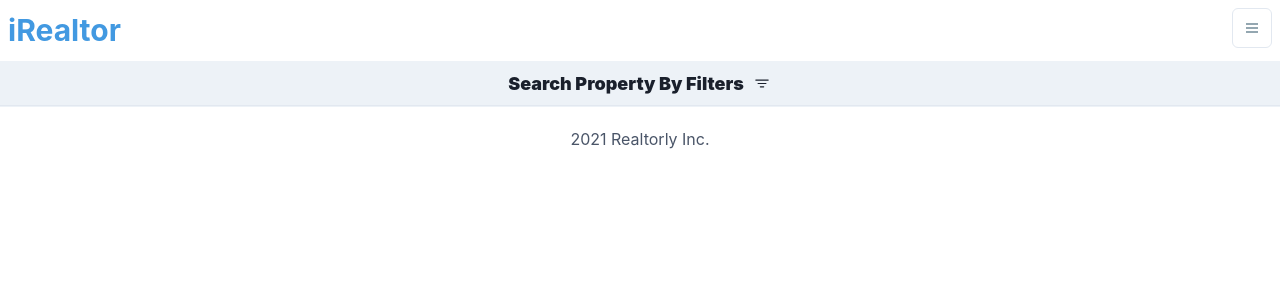
Repository: Morne-Dev/mj_realestate
Page: /search
An editor plug-in stored every save of this project. The page is shown before and after the next save, followed by the edit.
The browser window is 1280 px wide. The pictures show the whole page.
The project was rebuilt for these pictures with package versions that can differ from the ones it lists, and the page was loaded fresh each time. The framework's server and built-in components were replaced by stand-ins that run in the browser. Also part of the build but not shown: next.config.js, components/SearchFilters.jsx.

Above is the page before, as saved 2022-03-07 16:44:26.

### pages/_app.js
import Router from 'next/router';
import Head from 'next/head';
import NProgress from 'nprogress'
import { ChakraProvider } from '@chakra-ui/react';

import Layout from '../components/Layout'

function MyApp({ Component, pageProps }) {
  return(
    <>
      <Head>

      </Head>
      <ChakraProvider>
        <Layout>
          <Component {...pageProps} />
        </Layout>
      </ChakraProvider>
    </>
  )
}

export default MyApp

### pages/search.js
import { useState } from 'react';
import { useRouter } from 'next/router';
import Image from 'next/image'
import { Flex, Box, Text, Icon } from '@chakra-ui/react';
import { BsFilter } from 'react-icons/bs';

import SearchFilters from '../components/SearchFilters';

const Search = () => {
    const [searchFilters, setSearchFilters] = useState(false);
    const router = useRouter();

    return (
        <Box>
            <Flex
                cursor="pointer"
                bg="gray.100"
                borderBottom="1px"
                borderColor="gray.200"
                p="2"
                fontWeight="black"
                fontSize="lg"
                justifyContent="center"
                alignItems="center"
                onClick={() => setSearchFilters ((prevFilters) => !prevFilters)}
            >
                <Text>Search Property By Filters</Text>
                <Icon paddingLeft="2" w="7" as={BsFilter} />
            </Flex>
            {searchFilters && <SearchFilters />}
        </Box>
    )
}

export default Search;

### components/Layout.jsx
import Head from 'next/head';
import { Box } from '@chakra-ui/react'

import Navbar from './Navbar';
import Footer from './Footer';

const Layout = ({ children }) => (
    <>
        <Head>
            <title>Real Estate</title>
        </Head>
        <Box maxWidth="1280px" m="auto">
            <header>
                <Navbar />
            </header>
            <main>
                {children}
            </main>
            <footer>
                <Footer />
            </footer>
        </Box>
    </>
);

export default Layout;

### components/Navbar.jsx
import Link from 'next/link';
import { Menu, MenuButton, MenuList, MenuItem, IconButton, Flex, Box, Spacer } from '@chakra-ui/react';
import { FcMenu, FcHome, FcAbout } from 'react-icons/fc';
import { BsSearch } from 'react-icons/bs';
import { FiKey } from 'react-icons/fi';

const Navbar = () => (
  <Flex p='2' borderBottom='1px' borderColor='gray.100'>
    <Box fontSize='3xl' color='blue.400' fontWeight='bold'>
      <Link href='/' paddingLeft='2'>iRealtor</Link>
    </Box>
    <Spacer />
    <Box>
      <Menu>
        <MenuButton as={IconButton} icon={<FcMenu />} variant='outline' color='red.400' />
        <MenuList>
          <Link href='/' passHref>
            <MenuItem icon={<FcHome />}>Home</MenuItem>
          </Link>
          <Link href='/search' passHref>
            <MenuItem icon={<BsSearch />}>Search</MenuItem>
          </Link>
          <Link href='/search?purpose=for-sale' passHref>
            <MenuItem icon={<FcAbout />}>Buy Property</MenuItem>
          </Link>
          <Link href='/search?purpose=for-rent' passHref>
            <MenuItem icon={<FiKey />}>Rent Property</MenuItem>
          </Link>
        </MenuList>
      </Menu>
    </Box>
  </Flex>
);

export default Navbar;

### components/Footer.jsx
import { Box } from '@chakra-ui/react';

const Footer = () => (
    <Box textAlign="center" p="5" color="gray.600" borderTop="1px" borderColor="gray.100">
        2021 Realtorly Inc.
    </Box>
)

export default Footer;

After the next save:
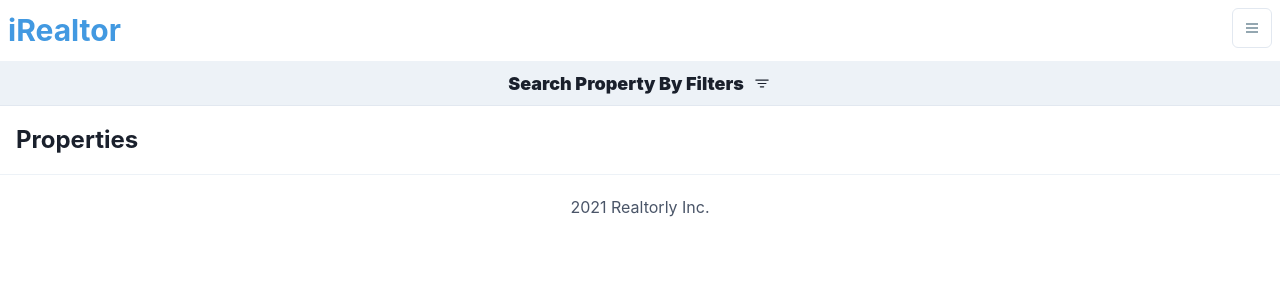
Saved 57 min 25 s later.
--- a/pages/search.js
+++ b/pages/search.js
@@ -28,6 +28,9 @@ const Search = () => {
                 <Icon paddingLeft="2" w="7" as={BsFilter} />
             </Flex>
             {searchFilters && <SearchFilters />}
+            <Text fontSize="2xl" p="4" fontWeight="bold">
+                Properties {router.query.purpose}
+            </Text>
         </Box>
     )
 }
